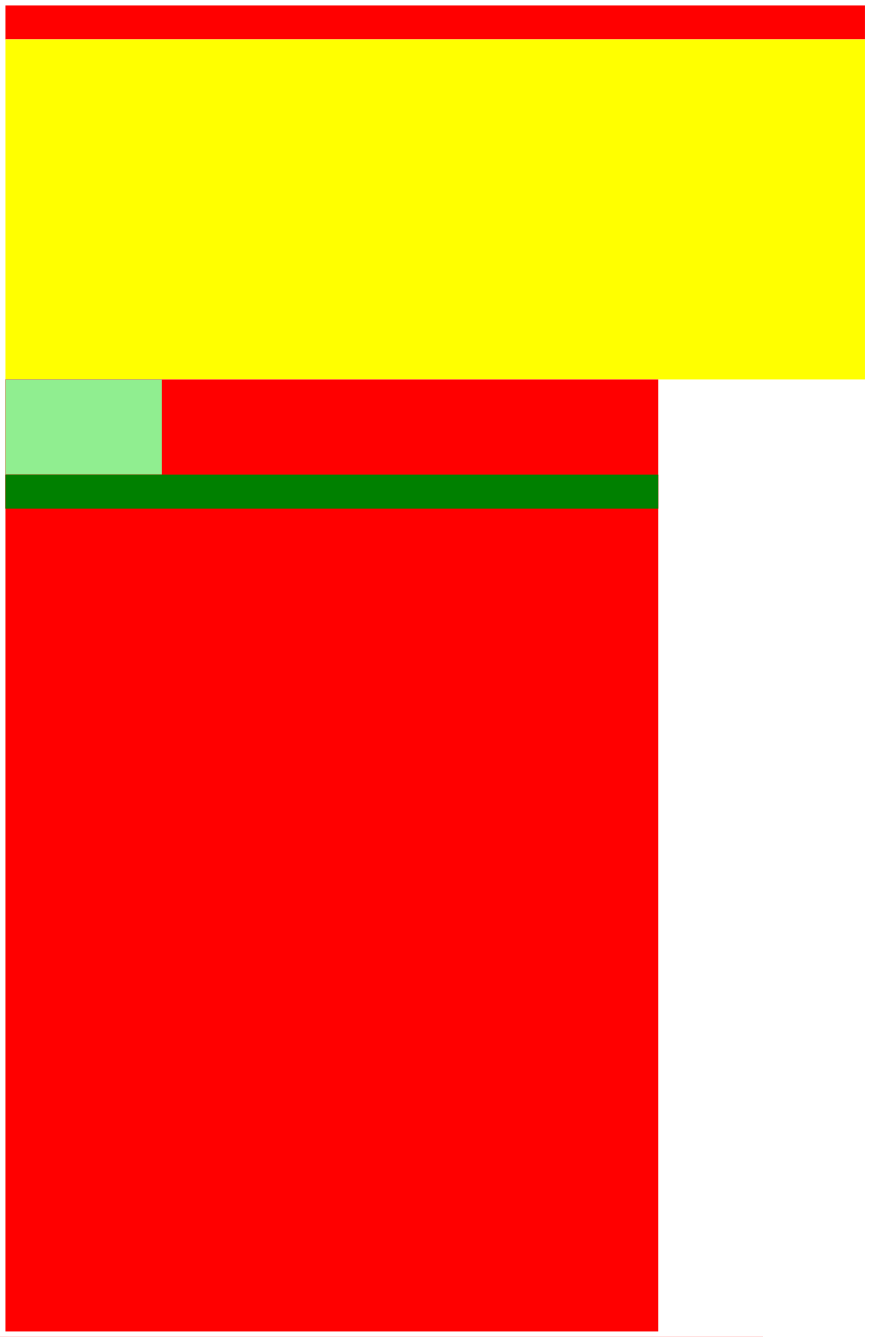
Repository: pureforest/html
Page: chapter4/chapter4.html
The author's editor kept a record of every edit. The page is drawn from the files as they stood at one moment, then again after the next edit.
The browser window is 1280 px wide. The pictures show the whole page, at 68% of full size.

Above is the page before.

### chapter4/chapter4.html
<!DOCTYPE html1>
<html lang="ja">
  <head>

    <meta charest="UTF-8"/>
    <link rel="stylesheet" href="chapter4style.css"/>
    <title>chapter4</title>
    </head>

    <div class="header"></div>

    <div class="main-visual"></div>

    <div class="main">
      <div class="left"></div>
      <div class="central"></div>
      <div class="right"></div>
    </div>

### chapter4/chapter4style.css
.header{
 width: 100%;
 height: 50px;
 background-color: red;
}

.main-visual{
  width: 100%;
 height: 500px;
 background-color: yellow;
}

.main{
  width: 960px;
 height: 1400px;
 background-color: red;
}

.left{
  width: 230px;
 height: 140px;
 background-color: lightgreen;
}

.central{
  width: 100%;
 height: 50px;
 background-color: green;
}

After the next edit:
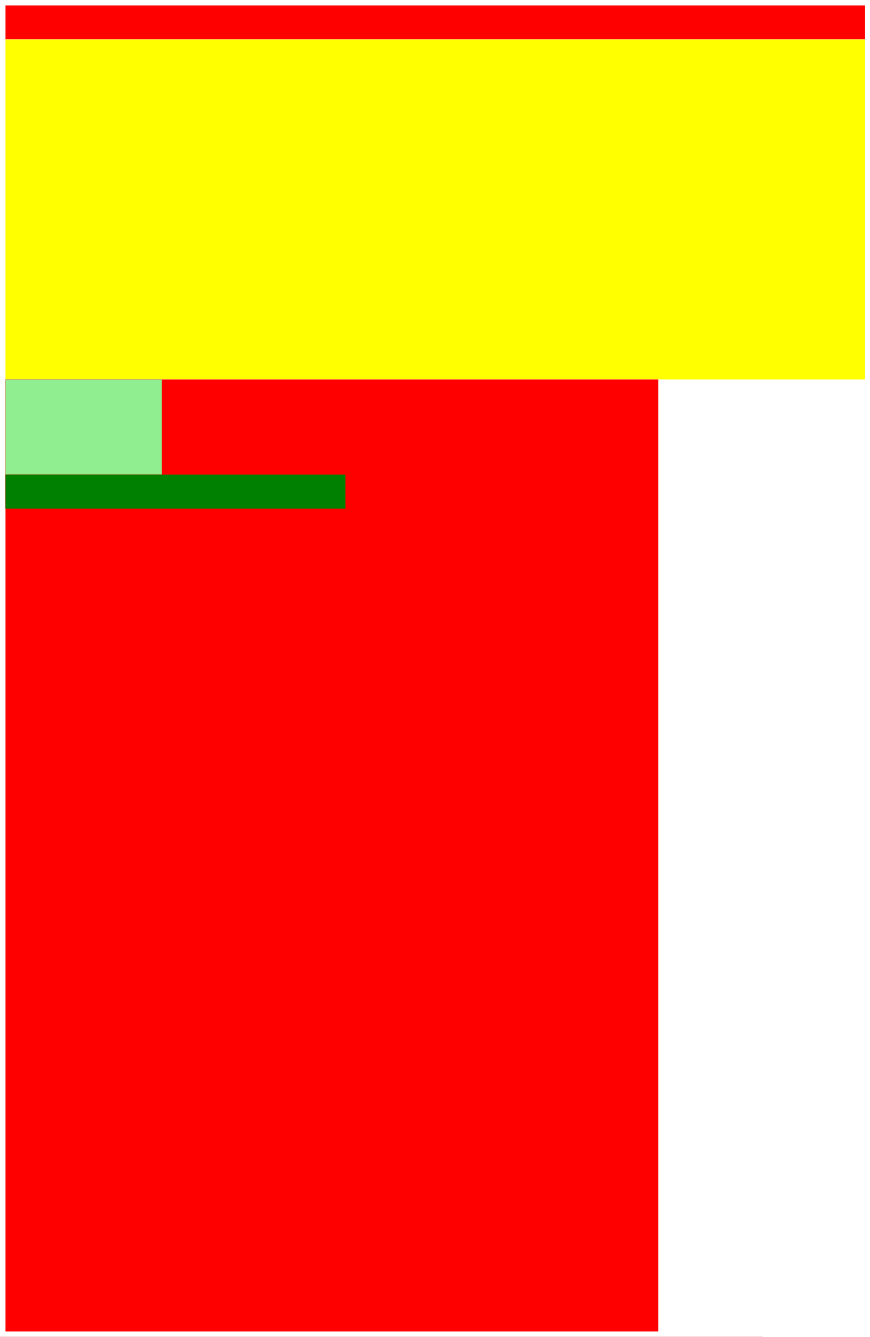
The edit:
--- a/chapter4/chapter4style.css
+++ b/chapter4/chapter4style.css
@@ -23,7 +23,7 @@
 }
 
 .central{
-  width: 100%;
+  width: 500px;
  height: 50px;
  background-color: green;
 }
